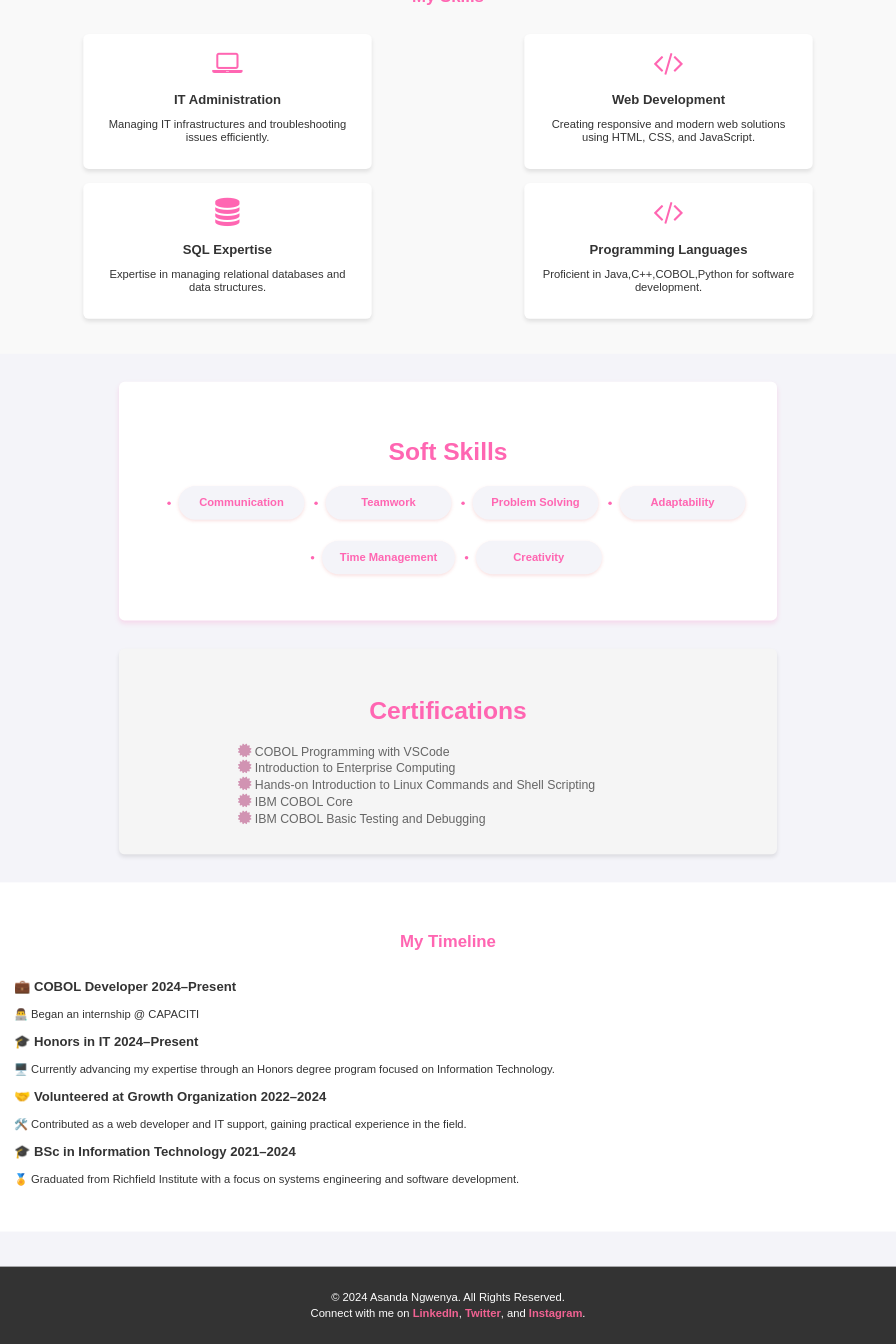
Repository: asandan8106/Asanda-sPortfolio
Page: Portfolio/About.html
The author's editor kept a copy of each file at every save. The page is drawn from the files as they stood at one save, then again after the next save.
The browser window is 1280 px wide. The pictures show the part of the page from y = 969 to 2889 px (the page is 2889 px tall before and 2733 px after), at 70% of full size.

Above is the page before, as saved 2025-05-19 09:16:33.
Console error: ReferenceError: Typed is not defined

### Portfolio/About.html
<!DOCTYPE html>
<html lang="en">
<head>
    <meta charset="UTF-8">
    <meta name="viewport" content="width=device-width, initial-scale=1.0">
    <title>Portfolio - About</title>
    <link rel="stylesheet" href="https://cdnjs.cloudflare.com/ajax/libs/font-awesome/4.7.0/css/font-awesome.min.css">
       <link rel="stylesheet" href="styles/CSS/about.css" />
</head>
<body>
    <!-- Navigation Bar -->
    <header>
        <nav class="navbar">
            <div class="icon-bar">
                <a href="index.html"><i class="fa fa-home"></i><span>Home</span></a>
                <a href="About.html"><i class="fa fa-user"></i><span>About</span></a>
                <a href="project.html"><i class="fa fa-folder"></i><span>Projects</span></a>
                <a href="contact.html"><i class="fa fa-envelope"></i><span>Contact</span></a>
                <a href="chatbot.html"><i class="fa fa-wechat"></i><span>Chatbot</span></a>
            </div>
        </nav>
    </header>


    <!-- Hero Section -->
    <section class="hero-section">
        <div class="text">
            <h1>Welcome to My About Page</h1>
            <p>Discover more about my journey, skills, and experiences as a dedicated IT professional.</p>
        </div>
        <img src="images/picture.webp" alt="Your Photo">
    </section>

    <!-- About Section -->
    <section class="about-section">
        <div class="content">
            <h2>Profile Summary</h2>
            <p>
               Technology has never been just a job for me—it’s a playground where I get to transform complex challenges into practical solutions that genuinely make life easier. I thrive on crafting systems that aren’t just efficient and reliable but intuitive enough to simplify the everyday for users. A recent project I’m proud of is a payroll system that effortlessly handles everything from salary calculations to tax deductions, freeing businesses from tedious manual work and helping them run smoother. I’m detail-driven but always keep the bigger picture in mind, making sure every piece fits perfectly together—solid in its foundation and seamless in its experience. After all, debugging is just like being a detective in a crime movie where you are also the murderer! It’s this balance that fuels my passion and keeps me motivated to create technology that truly makes a difference.


            </p>
        </div>
        <div class="highlights">
            <h2>Key Highlights</h2>
            <ul>
                <li><i class="fa fa-check-circle"></i>Turning tech headaches into smooth experiences..</li>
                <li><i class="fa fa-check-circle"></i> Built systems that actually make life easier (ask my payroll project)...</li>
                <li><i class="fa fa-check-circle"></i> Tech that works, not just looks good.</li>
            </ul>
        </div>
    </section>

    <!-- Skills Section -->
    <section class="skills-section">
        <h2>My Skills</h2>
        <div class="skills-container">
            <div class="skill-card">
                <div class="icon"><i class="fa fa-laptop"></i></div>
                <h3>IT Administration</h3>
                <p>Managing IT infrastructures and troubleshooting issues efficiently.</p>
            </div>
            <div class="skill-card">
                <div class="icon"><i class="fa fa-code"></i></div>
                <h3>Web Development</h3>
                <p>Creating responsive and modern web solutions using HTML, CSS, and JavaScript.</p>
            </div>
            <div class="skill-card">
                <div class="icon"><i class="fa fa-database"></i></div>
                <h3>SQL Expertise</h3>
                <p>Expertise in managing relational databases and data structures.</p>
            </div>
            <div class="skill-card">
                <div class="icon"><i class="fa fa-code"></i></div>
                <h3>Programming Languages</h3>
                <p>Proficient in Java,C++,COBOL,Python for software development.</p>
            </div>
        </div>
    </section>
<section class="soft-skills-section">
    <h2>Soft Skills</h2>
    <ul class="soft-skills-list">
        <li>Communication</li>
        <li>Teamwork</li>
        <li>Problem Solving</li>
        <li>Adaptability</li>
        <li>Time Management</li>
        <li>Creativity</li>
    </ul>
</section>

<section class="certification-section">
    <h2>Certifications</h2>
    <ul class="certification-list">
        <li><i class="fa fa-certificate"></i>
            <a href="https://www.credly.com/badges/4c66f79b-ba31-44de-8d69-b57a3cbdc68f/linked_in_profile" target="_blank" rel="noopener noreferrer">
                COBOL Programming with VSCode
            </a>
        </li>
        <li><i class="fa fa-certificate"></i>
            <a href="https://www.coursera.org/account/accomplishments/verify/8TMCOO9QFN47" target="_blank" rel="noopener noreferrer">
              Introduction to Enterprise Computing
            </a>
        </li>
        <li><i class="fa fa-certificate"></i>
            <a href="https://www.credly.com/badges/31d8a5a7-f87c-4acf-a509-039343c42ad2/linked_in_profile" target="_blank" rel="noopener noreferrer">
             Hands-on Introduction to Linux Commands and Shell Scripting
            </a>
        </li>
        <li><i class="fa fa-certificate"></i>
            <a href="https://www.coursera.org/account/accomplishments/verify/7HGLX49AV1LQ" target="_blank" rel="noopener noreferrer">
              IBM COBOL Core
            </a>
        </li>
         <li><i class="fa fa-certificate"></i>
            <a href="https://www.coursera.org/account/accomplishments/verify/7KDKOBWAL0O5" target="_blank" rel="noopener noreferrer">
             IBM COBOL Basic Testing and Debugging
            </a>
        </li>
    </ul>
</section>


<section class="timeline-section">
  <h2>My Timeline</h2>
  <div class="timeline-container">
    <div class="timeline-entry left">
      <div class="content">
        <h3>💼 COBOL Developer <span class="date">2024–Present</span></h3>
        <p>👨‍💻 Began an internship @ CAPACITI</p>
      </div>
    </div>

    <div class="timeline-entry right">
      <div class="content">
        <h3>🎓 Honors in IT <span class="date">2024–Present</span></h3>
        <p>🖥️ Currently advancing my expertise through an Honors degree program focused on Information Technology.</p>
      </div>
    </div>

    <div class="timeline-entry left">
      <div class="content">
        <h3>🤝 Volunteered at Growth Organization <span class="date">2022–2024</span></h3>
        <p>🛠️ Contributed as a web developer and IT support, gaining practical experience in the field.</p>
      </div>
    </div>

    <div class="timeline-entry right">
      <div class="content">
        <h3>🎓 BSc in Information Technology <span class="date">2021–2024</span></h3>
        <p>🏅 Graduated from Richfield Institute with a focus on systems engineering and software development.</p>
      </div>
    </div>
  </div>
</section>

    <button id="back-to-top" aria-label="Back to top">
    ↑
</button>


</section>
 <!-- Footer -->
    <footer>
        <p>&copy; 2024 Asanda Ngwenya. All Rights Reserved.</p>
        <p>Connect with me on
            <a href="https://www.linkedin.com/" target="_blank">LinkedIn</a>,
            <a href="https://twitter.com/" target="_blank">Twitter</a>, and
            <a href="https://www.instagram.com/" target="_blank">Instagram</a>.
        </p>
    </footer>
        <script src="Javascript/animation.js"></script>
</body>
</html>

### Portfolio/styles/CSS/about.css
       body {
            font-family: 'Arial', sans-serif;
            margin: 0;
            padding: 0;
            color: #333;
            background-color: #f4f4f9;
        }

        h1, h2 {
            color: #ff66b2;
        }

        a {
            text-decoration: none;
        }

        /* Navigation Bar */
        .navbar {
    display: flex;
    justify-content: center;
    align-items: center;
    background: #fff; /* Transparent black for overlay effect */
    position: fixed;
    top: 0;
    width: 100%;
    height: 60px;
    z-index: 100;
    box-shadow: 0px 2px 10px rgba(0, 0, 0, 0.5);
}

.navbar .icon-bar {
    display: flex;
    gap: 25px;
}

.navbar .icon-bar a {
    text-decoration: none;
    color:rgba(0, 0, 0, 0.5);
    font-size: 18px;
    font-weight: bold;
    display: flex;
    align-items: center;
    transition: color 0.3s, background 0.3s;
    padding: 8px 15px;
    border-radius: 5px;
}

.navbar .icon-bar a i {
    margin-right: 8px;
}

.navbar .icon-bar a:hover {
    color: #d62828;
    background: rgba(255, 255, 255, 0.2);
}

.navbar .icon-bar a span {
    display: inline-block;
}

.navbar-right a:hover {
    color: #ff66b2;
}




        /* Hero Section */
        .hero-section {
            display: flex;
            justify-content: center;
            align-items: center;
            background: url('https://via.placeholder.com/1500x500') no-repeat center center/cover;
            color: white;
            padding: 100px 20px;
        }

        .hero-section .text {
            text-align: center;
            margin-right: 30px;
        }

        .hero-section h1 {
            font-size: 48px;
            margin-bottom: 20px;
            animation: fadeIn 1s ease-out;
        }

        .hero-section p {
            font-size: 20px;
            line-height: 1.6;
            max-width: 800px;
            margin: 0 auto;
            animation: fadeIn 1.5s ease-out;
            color: #333;
        }

        .hero-section img {
            border-radius: 50%;
            width: 150px;
            height: 150px;
            object-fit: cover;
            border: 4px solid #ff66b2;
        }

        /* About Section */
        .about-section {
            display: flex;
            flex-wrap: wrap;
            justify-content: space-around;
            padding: 50px 20px;
            background-color: white;
            animation: fadeIn 2s ease-out;
        }

        .about-section .content, .about-section .highlights {
            flex: 1 1 45%;
            margin: 10px;
        }

        .about-section .content h2, .about-section .highlights h2 {
            margin-bottom: 20px;
        }

        .about-section .content p {
            color: #666;
            line-height: 1.8;
        }

        .about-section .highlights ul {
            list-style: none;
            padding: 0;

        }

        .about-section .highlights ul li {
            margin: 10px 0;
            color:  #666;
        }

        .about-section .highlights ul li i {
            color: #ff66b2;
            margin-right: 10px;
        }

        /* Skills Section */
        .skills-section {
            padding: 50px 20px;
            background-color: #f9f9f9;
            text-align: center;
        }

        .skills-section h2 {
            margin-bottom: 40px;
            animation: fadeIn 2s ease-out;
        }

        .skills-container {
            display: flex;
            justify-content: space-around;
            flex-wrap: wrap;
            gap: 20px;
        }

        .skill-card {
            background-color: white;
            padding: 20px;
            border-radius: 8px;
            box-shadow: 0 4px 6px rgba(0, 0, 0, 0.1);
            transition: transform 0.3s ease, box-shadow 0.3s ease;
            width: 30%;
            animation: fadeIn 2.5s ease-out;
        }

        .skill-card:hover {
            transform: translateY(-10px);
            box-shadow: 0 8px 15px rgba(0, 0, 0, 0.2);
        }

        .skill-card .icon {
            font-size: 40px;
            color: #ff66b2;
            margin-bottom: 15px;
            animation: iconBounce 1s infinite ease-in-out;
        }

        .skill-card h3 {
            margin-bottom: 10px;
        }
        /* Soft Skills Section */
.soft-skills-section {
    padding: 50px 20px;
    background-color: #fff;
    max-width: 900px;
    margin: 40px auto;
    border-radius: 8px;
    box-shadow: 0 4px 8px rgba(255, 102, 178, 0.2);
    color: #333;
    text-align: center;
}

.soft-skills-section h2 {
    color: #ff66b2;
    font-size: 2.2rem;
    margin-bottom: 30px;
    font-weight: bold;
    font-family: 'Arial', sans-serif;
}

.soft-skills-list {
    display: flex;
    flex-wrap: wrap;
    justify-content: center;
    gap: 30px;
}

.soft-skills-list li {
    background-color: #f4f4f9;
    padding: 15px 25px;
    border-radius: 25px;
    font-weight: 600;
    color:#ff66b2;
    box-shadow: 0 2px 5px rgba(214, 40, 40, 0.15);
    min-width: 130px;
    transition: background-color 0.3s ease, color 0.3s ease;
    cursor: default;
}

.soft-skills-list li:hover {
    background-color: #ff66b2;
    color: white;
    box-shadow: 0 4px 12px rgba(255, 102, 178, 0.6);
}

        /* Certification Section Styles */
.certification-section {
    padding: 40px 20px;
    background-color: #f5f5f5;
    color: #333; /* dark text for readability */
    max-width: 900px;
    margin: 40px auto;
    border-radius: 8px;
    box-shadow: 0 4px 6px rgba(0,0,0,0.1);
}

.certification-section h2 {
    text-align: center;
    margin-bottom: 25px;
    color:#ff66b2;
    font-size: 2.2rem;
    font-weight: bold;
    font-family: 'Arial', sans-serif;
}

.certification-list {
    list-style: none;
    padding-left: 0;
    font-size: 1.1rem;
    max-width: 600px;
    margin: 0 auto;
}

/* .certification-list li {
    margin: 12px 0;
    display: flex;
    align-items: center;
    gap: 12px;
    color: #555;
    font-weight: 500;
} */

.certification-list li i {
    color: #d193b2;
    font-size: 1.4rem;}

    .certification-list a {
    color: #666;
    text-decoration: none;
    font-weight: 500;
    transition: color 0.3s ease;
}



        /* Timeline Section */
        .timeline-section {
            padding: 50px 20px;
            background-color: white;
        }

        .timeline-section h2 {
            text-align: center;
            margin-bottom: 40px;
            animation: fadeIn 1.5s ease-out;
        }

        .timeline {
            position: relative;
            margin: 0 auto;
            max-width: 800px;
            animation: slideIn 2s ease-out;
        }

        .timeline::before {
            content: '';
            position: absolute;
            top: 0;
            left: 50%;
            transform: translateX(-50%);
            width: 4px;
            height: 100%;
            background-color: #ff66b2;
        }

        .timeline-item {
            position: relative;
            padding: 20px;
            background-color: #f9f9f9;
            margin: 20px 0;
            border-radius: 8px;
            box-shadow: 0 4px 6px rgba(0, 0, 0, 0.1);
            width: 45%;
            animation: fadeIn 2.5s ease-out;
        }

        .timeline-item:nth-child(odd) {
            left: 0;
        }

        .timeline-item:nth-child(even) {
            left: 50%;
        }

        .timeline-item .date {
            font-weight: bold;
            color: #ff66b2;
            margin-bottom: 10px;
        }

        .timeline-item .title {
            font-size: 20px;
            font-weight: bold;
            color: #333;
        }

        .timeline-item .details {
            font-size: 16px;
            color: #666;
        }

        /* Footer */
        footer {
            background-color: #333; /* Black */
            color: white;
            padding: 30px 20px;
            text-align: center;
            margin-top: 50px;
        }

        footer p {
            margin: 5px 0;
        }

        footer a {
            color: #f06292; /* Light pink */
            text-decoration: none;
            font-weight: bold;
        }

        footer a:hover {
            text-decoration: underline;
        }
    #back-to-top {
    position: fixed;
    bottom: 30px;
    right: 30px;
    background-color: #ff66b2;
    color: white;
    border: none;
    padding: 12px 16px;
    border-radius: 50%;
    font-size: 20px;
    cursor: pointer;
    box-shadow: 0 4px 8px rgba(255, 102, 178, 0.4);
    display: none; /* hidden by default */
    z-index: 200;
    transition: background-color 0.3s ease;
}

#back-to-top:hover {
    background-color: #d62828;
}


        /* Animation Styles */
        @keyframes fadeIn {
            from {
                opacity: 0;
                transform: translateY(20px);
            }
            to {
                opacity: 1;
                transform: translateY(0);
            }
        }

        @keyframes slideIn {
            from {
                opacity: 0;
                transform: translateX(-100%);
            }
            to {
                opacity: 1;
                transform: translateX(0);
            }
        }

        @keyframes iconBounce {
            0%, 100% {
                transform: scale(1);
            }
            50% {
                transform: scale(1.2);
            }
        }

### Portfolio/Javascript/animation.js
document.addEventListener("DOMContentLoaded", () => {
    const options = {
   strings: [
    "I am <span class='name'>Asanda</span> Ngwenya",
    "A Software <span class='name'>Developer</span>",
    "I turn caffeine<span class='name'> into</span> code",
    "And bugs <span class='name'>into </span> features",
    "Let's create <span class='name'>something  </span>  amazing together!"
],

        typeSpeed: 50,
        backSpeed: 50,
        backDelay: 2000,
        loop: true // Keeps looping through the phrases
    };

    new Typed(".typing-effect", options);
});

const backToTopButton = document.getElementById('back-to-top');

window.addEventListener('scroll', () => {
  if (window.scrollY > 300) {
    backToTopButton.style.display = 'block';
  } else {
    backToTopButton.style.display = 'none';
  }
});

backToTopButton.addEventListener('click', () => {
  window.scrollTo({ top: 0, behavior: 'smooth' });
});

const faders = document.querySelectorAll('.fade-in-section');

const appearOptions = {
  threshold: 0.1,
  rootMargin: "0px 0px -50px 0px"
};

const appearOnScroll = new IntersectionObserver((entries, appearOnScroll) => {
  entries.forEach(entry => {
    if (entry.isIntersecting) {
      entry.target.classList.add('is-visible');
      appearOnScroll.unobserve(entry.target);
    }
  });
}, appearOptions);

faders.forEach(fader => {
  appearOnScroll.observe(fader);
});

After the next save:
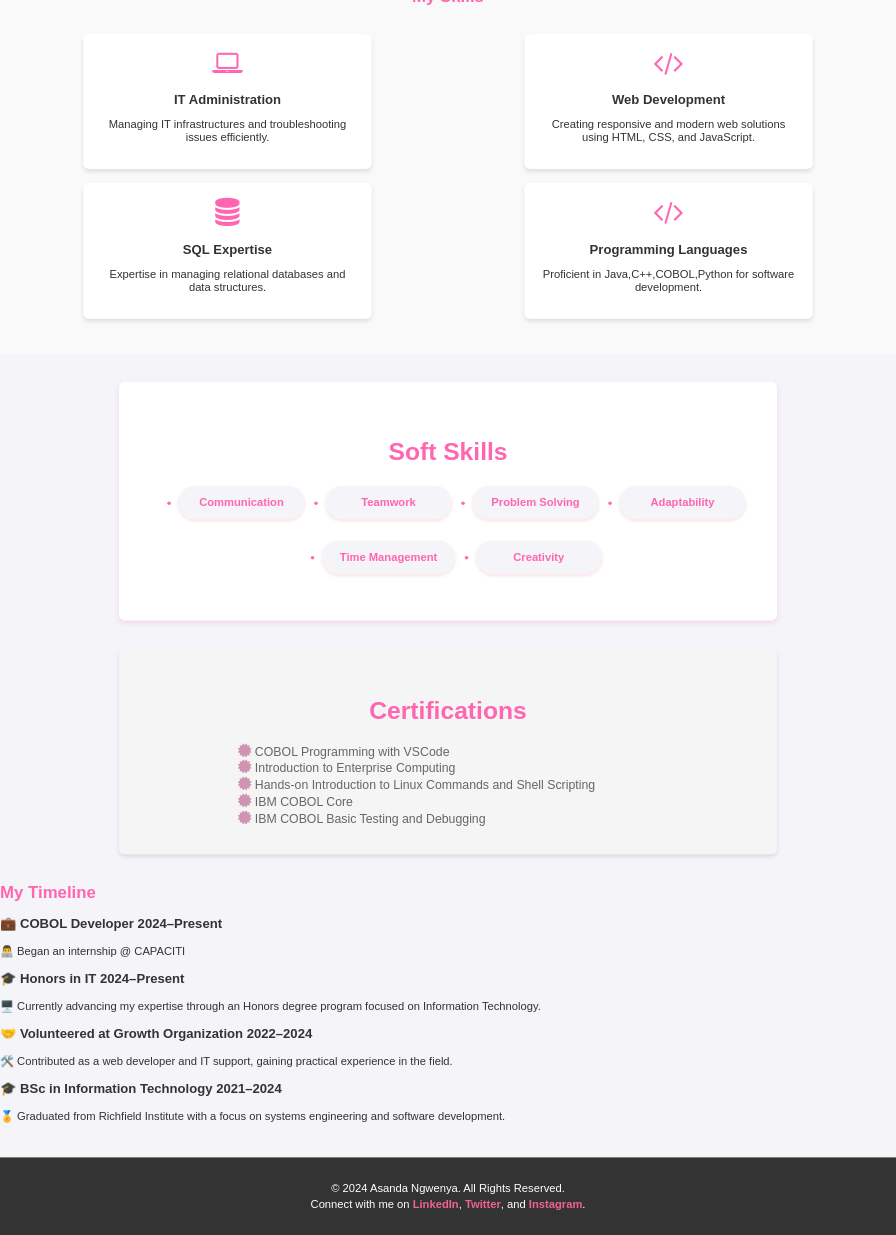
Saved 34 s later.
--- a/Portfolio/styles/CSS/about.css
+++ b/Portfolio/styles/CSS/about.css
@@ -283,7 +283,7 @@
 
 
         /* Timeline Section */
-        .timeline-section {
+        /* .timeline-section {
             padding: 50px 20px;
             background-color: white;
         }
@@ -346,7 +346,7 @@
         .timeline-item .details {
             font-size: 16px;
             color: #666;
-        }
+        } */
 
         /* Footer */
         footer {
